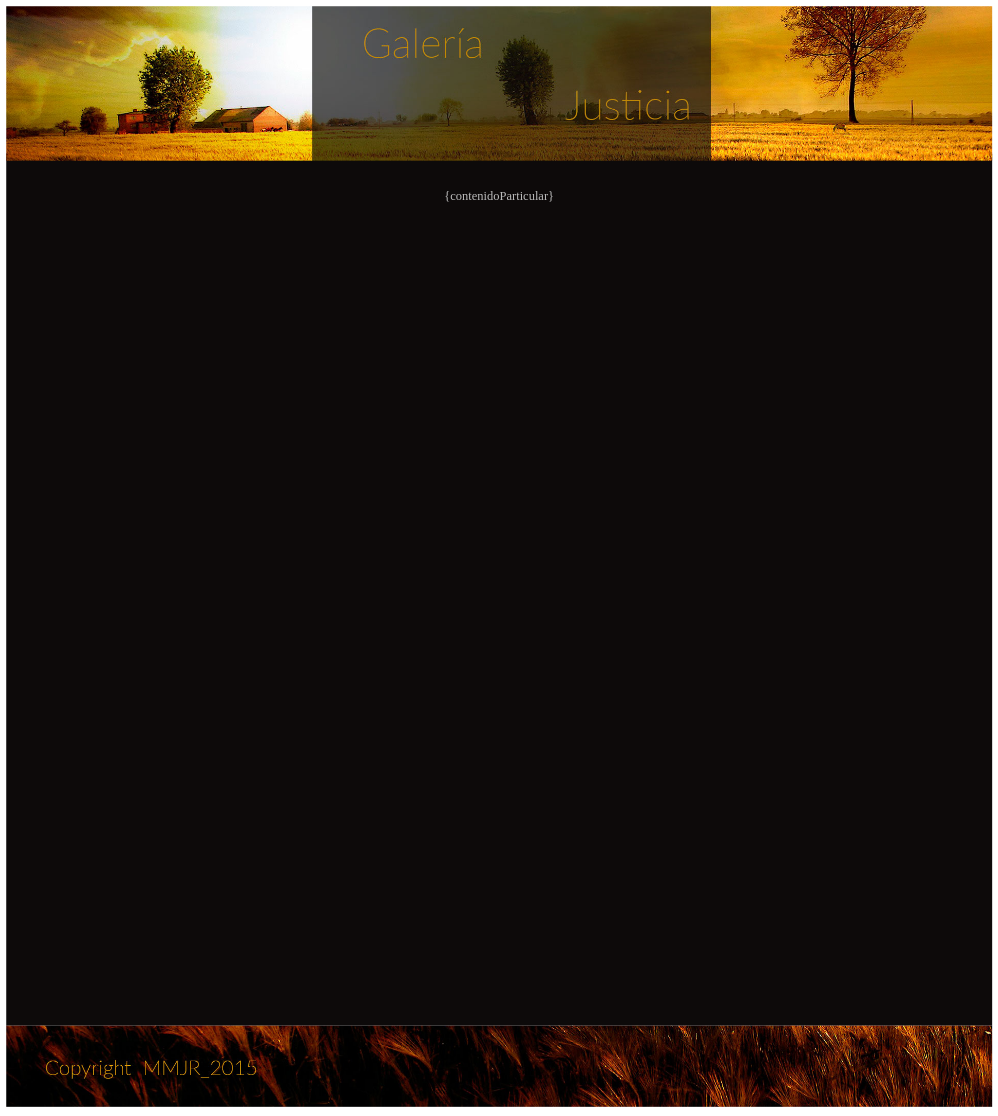
Repository: mmarjusticia/proyectoGaleria
Page: templates/_plantilla.html
The author's editor kept a record of every edit. The page is drawn from the files as they stood at one moment, then again after the next edit.
The browser window is 1280 px wide. The pictures show the whole page, at 78% of full size.

Above is the page before.

After the next edit:
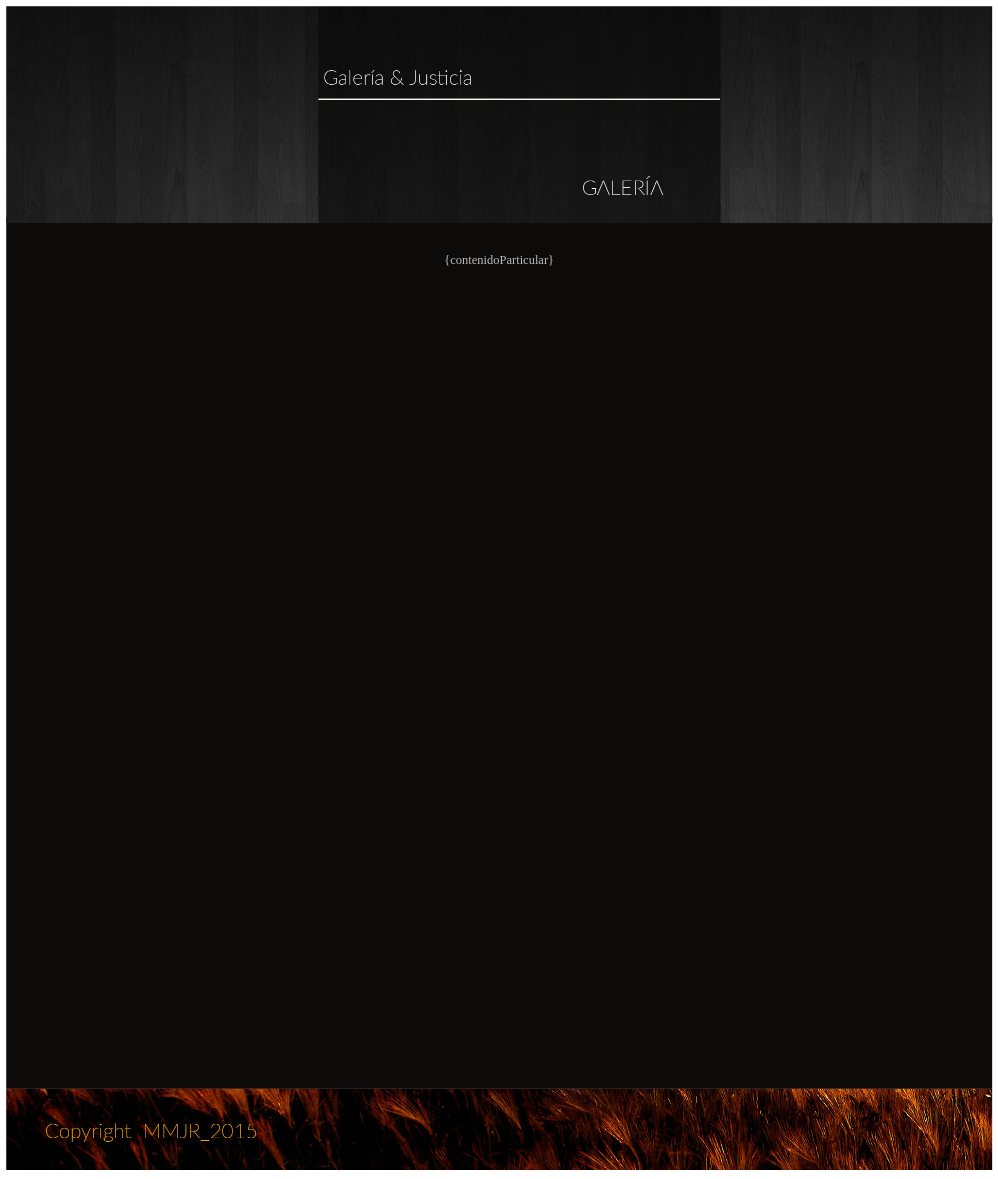
The edit:
--- a/templates/_plantilla.html
+++ b/templates/_plantilla.html
@@ -9,7 +9,7 @@
 </head>
 <body>
     <header>
-        <img id="imagenHeader" src="css/galeria2.jpg"/>
+        <img id="imagenHeader" src="css/cabeceraG.jpg"/>
 
     </header>
     <div id="contenedor">
